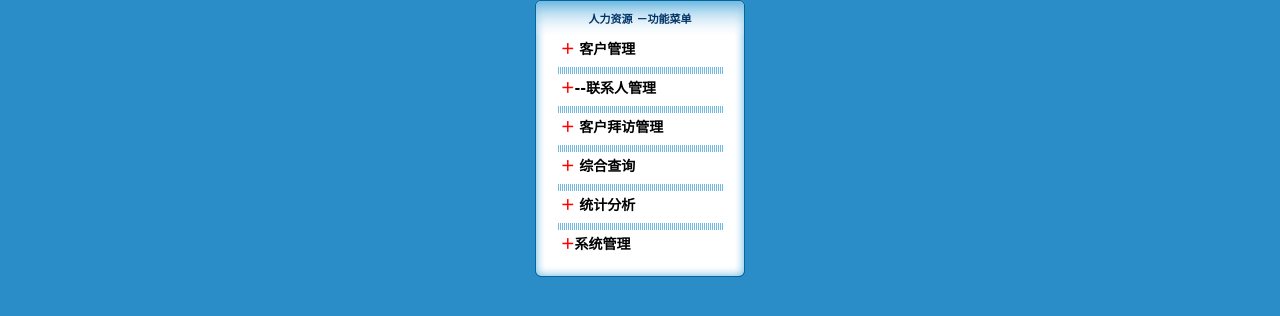
Repository: ChetWei/eclipse-workspace
Page: http://localhost/SSH_CRM/menu.jsp
These files come from the project's save history. The page is drawn as it stood at one moment and after the next save; the edit follows.
The browser window is 1280 px wide. The pictures show the whole page.
The page is served by Tomcat 9. Nobody is signed in. The application's start-up code is not run. Other server files are loaded and not shown.

Above is the page before, as saved 2018-08-25 03:24:31.

### SSH_CRM/WebContent/menu.jsp
<%@ page language="java" contentType="text/html; charset=UTF-8"
    pageEncoding="UTF-8"%>
<!DOCTYPE HTML PUBLIC "-//W3C//DTD HTML 4.01 Transitional//EN" "http://www.w3c.org/TR/1999/REC-html401-19991224/loose.dtd">
<HTML xmlns="http://www.w3.org/1999/xhtml">
<HEAD id=Head1>
<TITLE>导航</TITLE>
<META http-equiv=Content-Type content="text/html; charset=utf-8">
<STYLE type=text/css>
BODY {
	PADDING-RIGHT: 0px;
	PADDING-LEFT: 0px;
	PADDING-BOTTOM: 0px;
	MARGIN: 0px;
	PADDING-TOP: 0px;
	BACKGROUND-COLOR: #2a8dc8
}

BODY {
	FONT-SIZE: 11px;
	COLOR: #003366;
	FONT-FAMILY: Verdana
}

TD {
	FONT-SIZE: 11px;
	COLOR: #003366;
	FONT-FAMILY: Verdana
}

DIV {
	FONT-SIZE: 11px;
	COLOR: #003366;
	FONT-FAMILY: Verdana
}

P {
	FONT-SIZE: 11px;
	COLOR: #003366;
	FONT-FAMILY: Verdana
}

.mainMenu {
	FONT-WEIGHT: bold;
	FONT-SIZE: 14px;
	cursor: pointer;
	COLOR: #000000
}

A.style2:link {
	PADDING-LEFT: 4px;
	COLOR: #0055bb;
	TEXT-DECORATION: none
}

A.style2:visited {
	PADDING-LEFT: 4px;
	COLOR: #0055bb;
	TEXT-DECORATION: none
}

A.style2:hover {
	PADDING-LEFT: 4px;
	COLOR: #ff0000;
	TEXT-DECORATION: none
}

A.active {
	PADDING-LEFT: 4px;
	COLOR: #ff0000;
	TEXT-DECORATION: none
}

.span {
	COLOR: #ff0000;
}
</STYLE>

<SCRIPT language=javascript>
	function MenuDisplay(obj_id) {
		for (var i = 1; i <= 9; i++) {
			var obj = document.getElementById('table_' + i);
			if(obj){
				document.getElementById('table_' + i).style.display = 'none';
				document.getElementById('table_' + i + 'Span').innerText = '＋';
			}

		}
		var obj = document.getElementById(obj_id);
		if(obj){
			if (obj.style.display == 'none') {
				obj.style.display = 'block';
				document.getElementById(obj_id + 'Span').innerText = '－';
			} else {
				obj.style.display = 'none';
				document.getElementById(obj_id + 'Span').innerText = '＋';
			}
		}

	}
</SCRIPT>

<META content="MSHTML 6.00.2900.3492" name=GENERATOR>
</HEAD>
<BODY>
	<FORM id=form1 name=form1 action=YHMenu.aspx method=post>
		<TABLE cellSpacing=0 cellPadding=0 width=210 align=center border=0>
			<TBODY>
				<TR>
					<TD width=15><IMG src="images/new_005.jpg" border=0></TD>
					<TD align=middle width=180 background=images/new_006.jpg
						height=35><B>人力资源 －功能菜单</B></TD>
					<TD width=15><IMG src="images/new_007.jpg" border=0></TD>
				</TR>
			</TBODY>
		</TABLE>
		<TABLE cellSpacing=0 cellPadding=0 width=210 align=center border=0>
			<TBODY>
				<TR>
					<TD width=15 background=images/new_008.jpg></TD>
					<TD vAlign=top width=180 bgColor=#ffffff>
						<TABLE cellSpacing=0 cellPadding=3 width=165 align=center border=0>
							<TBODY>
								<TR>
									<TD class=mainMenu onClick="MenuDisplay('table_1');"><SPAN
										class=span id=table_1Span>＋</SPAN> 客户管理</TD>
								</TR>
								<TR>
									<TD>
										<TABLE id=table_1 style="DISPLAY: none" cellSpacing=0
											cellPadding=2 width=155 align=center border=0>
											<TBODY>
												<TR>
													<TD class=menuSmall><A class=style2 href="customer_enterAdd.action"
														target=main>－ 新增客户</A></TD>
												</TR>
												<TR>
													<TD class=menuSmall><A class=style2 href="customer_findAll.action"
														target=main>－ 客户列表</A></TD>
												</TR>

											</TBODY>
										</TABLE>
									</TD>
								</TR>
								<TR>
									<TD background=images/new_027.jpg height=1></TD>
								</TR>
								<TR>
									<TD class=mainMenu onClick="MenuDisplay('table_2');"><SPAN
										class=span id=table_2Span>＋</SPAN>--联系人管理</TD>
								</TR>
								<TR>
									<TD>
										<TABLE id=table_2 style="DISPLAY: none" cellSpacing=0
											cellPadding=2 width=155 align=center border=0>
											<TBODY>
												<TR>
													<TD class=menuSmall><A class=style2 href="linkman_enterAdd.action"
														target=main>－新增联系人</A></TD>
												</TR>
												<TR>
													<TD class=menuSmall><A class=style2 href="linkman_findAll.action"
														target=main>－联系人列表</A></TD>
												</TR>

											</TBODY>
										</TABLE>
									</TD>
								</TR>
								<TR>
									<TD background=images/new_027.jpg height=1></TD>
								</TR>
								<TR>
									<TD class=mainMenu onClick="MenuDisplay('table_5');"><SPAN
										class=span id=table_5Span>＋</SPAN> 客户拜访管理</TD>
								</TR>
								<TR>
									<TD>
										<TABLE id=table_5 style="DISPLAY: none" cellSpacing=0
											cellPadding=2 width=155 align=center border=0>
											<TBODY>
												<TR>
													<TD class=menuSmall><A class=style2 href="#"
														target=main>－新增客户拜访</A></TD>
												</TR>
												<TR>
													<TD class=menuSmall><A class=style2 href="#"
														target=main>－客户拜访列表</A></TD>
												</TR>

											</TBODY>
										</TABLE>
									</TD>
								</TR>
								<TR>
									<TD background=images/new_027.jpg height=1></TD>
								</TR>
								<TR>
									<TD class=mainMenu onClick="MenuDisplay('table_3');"><SPAN
										class=span id=table_3Span>＋</SPAN> 综合查询</TD>
								</TR>
								<TR>
									<TD>
										<TABLE id=table_3 style="DISPLAY: none" cellSpacing=0
											cellPadding=2 width=155 align=center border=0>
											<TBODY>
												<TR>
													<TD class=menuSmall><A class=style2 href="#"
														target=main>－ 客户信息查询</A></TD>
												</TR>
												<TR>
													<TD class=menuSmall><A class=style2 href="#"
														target=main>－ 联系人信息查询</A></TD>
												</TR>
												<TR>
													<TD class=menuSmall><A class=style2 href="#"
														target=main>－ 客户拜访记录查询</A></TD>
												</TR>
											</TBODY>
										</TABLE>
									</TD>
								</TR>
								<TR>
									<TD background=images/new_027.jpg height=1></TD>
								</TR>
								<TR>
									<TD class=mainMenu onClick="MenuDisplay('table_4');"><SPAN
										class=span id=table_4Span>＋</SPAN> 统计分析</TD>
								</TR>
								<TR>
									<TD>
										<TABLE id=table_4 style="DISPLAY: none" cellSpacing=0
											cellPadding=2 width=155 align=center border=0>
											<TBODY>
												<TR>
													<TD class=menuSmall><A class=style2 href="#"
														target=main>－客户行业统计</A></TD>
												</TR>
												<TR>
													<TD class=menuSmall><A class=style2 href="#"
														target=main>－客户来源统计</A></TD>
												</TR>

											</TBODY>
										</TABLE>
									</TD>
								</TR>
								<TR>
									<TD background=images/new_027.jpg height=1></TD>
								</TR>
								<TR>
									<TD class=mainMenu onClick="MenuDisplay('table_6');"><SPAN
										class=span id=table_6Span>＋</SPAN>系统管理</TD>
								</TR>
								<TR>
									<TD>
										<TABLE id=table_6 style="DISPLAY: none" cellSpacing=0
											cellPadding=2 width=155 align=center border=0>
											<TBODY>
												<TR>
													<TD class=menuSmall><A class=style2 href="#"
														target=main>－角色管理</A></TD>
												</TR>
												<TR>
													<TD class=menuSmall><A class=style2 href="#"
														target=main>－用户管理</A></TD>
												</TR>
												<TR>
													<TD class=menuSmall><A class=style2 href="#"
														target=main>－数据字典</A></TD>
												</TR>
											</TBODY>
										</TABLE>
									</TD>
								</TR>
							</TBODY>
						</TABLE>
					</TD>
					<TD width=15 background=images/new_009.jpg></TD>
				</TR>
			</TBODY>
		</TABLE>
		<TABLE cellSpacing=0 cellPadding=0 width=210 align=center border=0>
			<TBODY>
				<TR>
					<TD width=15><IMG src="images/new_010.jpg" border=0></TD>
					<TD align=middle width=180 background=images/new_011.jpg
						height=15></TD>
					<TD width=15><IMG src="images/new_012.jpg" border=0></TD>
				</TR>
			</TBODY>
		</TABLE>
	</FORM>
</BODY>
</HTML>

After the next save:
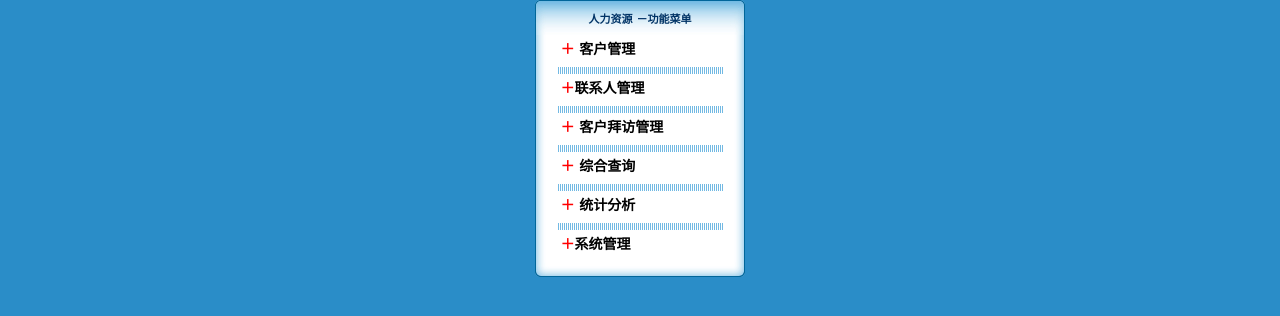
Saved 11 s later.
--- a/SSH_CRM/WebContent/menu.jsp
+++ b/SSH_CRM/WebContent/menu.jsp
@@ -147,7 +147,7 @@ A.active {
 								</TR>
 								<TR>
 									<TD class=mainMenu onClick="MenuDisplay('table_2');"><SPAN
-										class=span id=table_2Span>＋</SPAN>--联系人管理</TD>
+										class=span id=table_2Span>＋</SPAN>联系人管理</TD>
 								</TR>
 								<TR>
 									<TD>
